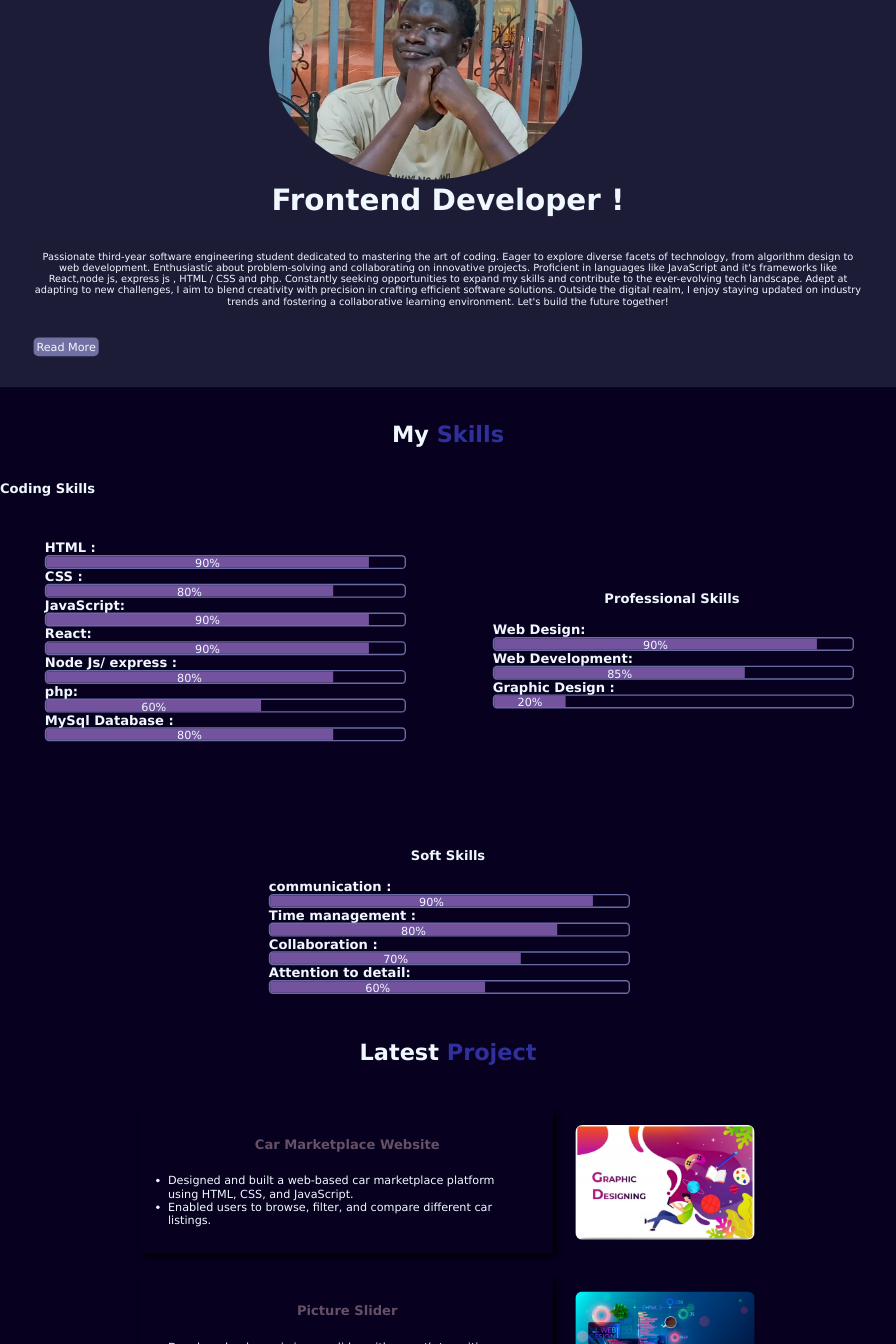
Repository: shrewd-baddest/portfolio
Page: myportfolio-main/index.html
The author's editor kept a copy of each file at every save. The page is drawn from the files as they stood at one save, then again after a run of saves.
The browser window is 1280 px wide. The pictures show the part of the page from y = 790 to 2710 px (the page is 3805 px tall), at 70% of full size.
Some web libraries are served in a nearby version.

Above is the page before, as saved 2025-06-24 08:14:39.

### myportfolio-main/index.html
<!DOCTYPE html>
<html lang="en">

<head>
    <meta charset="UTF-8">
    <meta http-equiv="X-UA-Compatible" content="IE=edge">
    <meta name="viewport" content="width=device-width, initial-scale=1.0">


    <title>PAUL ONSONGO - Software Engineer Portfolio</title>
  <link rel="stylesheet" href="/sting.css">

    <link rel="icon" href="img/Picsart_24-01-07_04-34-43-464.jpg">

</head>

<body>
    <!-- header design -->
    <header class="header">
        <a href="#" class="logo " >PAUL</a>
        <div id="menu_icon" class='menu_icon'>
            <img src="\myportfolio-main\img\menu.webp" alt="">
        </div>
        <nav class="navbar" id='navbar'>
            <a href="# " class="active">Home</a>
            <a href="#about">About</a>
            <a href="#skills">Skills</a>
            <a href="#portfolio">My Project</a>
            <a href="#contact">Contact</a>

         </nav>
    </header>

    <!-- home design -->
    <section class="home " id="home">
        <div class="home-content">
             <h1 class="names">Hallo, I'm <span>onsongo</span></h1>
            <div class="text-animate">
                <h3>And I'm a</h3>
                <h3><samp class="multiple-text"></samp></h3>
            </div>
            <p class="multiple-text">
                Aspiring software engineer, passionate about coding and problem-solving. Committed to learning,
                adapting, and contributing to innovative tech solutions.
            </p>
        </div>
            <div class="btn-box">
                <a href="#"  >requesting for a job opportunity</a>
            </div>

        <div class="home_sci">

            <a href="https://wa.me/0798233766" class='box-whatsapp' id="social"> <img src="\myportfolio-main\img\wozapu.png" alt=""></a>
            <a href="https://github.com/shrewd-baddest" class=' box-github' id="social"> <img src="\myportfolio-main\img\git1.png" alt=""></a>
             <a href="https://www.linkedin.com/in/paul onsongo" class=' box-linkedin' id="social"><img src="\myportfolio-main\img\linkedin.png" alt=""></a>

        </div>
    </section>

    <!-- about  -->
    <section class="about" id="about">
        <h2 class="heading">About <span>Me</span></h2>
  <div>

      <img src="\myportfolio-main\img\shrewd.jpg" alt="" id="shrewd">
  </div>

        <div class="about-content">
            <h3 class="cont-head">Frontend Developer !</h3>
            <p class="cont-par">Passionate third-year software engineering student dedicated to mastering the art of coding. Eager to
                explore diverse facets of technology, from algorithm design to web development. Enthusiastic about
                problem-solving and collaborating on innovative projects. Proficient in languages like JavaScript and it's frameworks like React,node js, express js ,   HTML /
                CSS and php. Constantly seeking opportunities to expand my skills and contribute to the ever-evolving tech
                landscape. Adept at adapting to new challenges, I aim to blend creativity with precision in crafting
                efficient software solutions. Outside the digital realm, I enjoy staying updated on industry trends and
                fostering a collaborative learning environment. Let's build the future together!</p>
        </div>

            <a href="#" class="btn">Read More</a>

    </section>

    <!-- Skills -->
    <section class="skills" id="skills">
        <h2 class="heading">My <span>Skills</span></h2>

                <h3 class="title">Coding Skills</h3>
                 <div class="grp">


                    <div class="skills-column">
                        <div class="progress">
                            <h3> HTML :</h3>
                            <div class="bar "><div class="ht ">90%</div></div>
                        </div>
                        <div class="progress">
                            <h3><i class='box-css3'></i>CSS :</h3>
                            <div class="bar"><div class="css">80%</div></div>
                        </div>
                        <div class="progress">
                            <h3><i class='bx box-javascript'></i>JavaScript:</h3>
                            <div class="bar"><div class="js">90%</div></div>
                        </div>
                      <div class="progress">
                            <h3><i class='bx box-javascript'></i>React:</h3>
                            <div class="bar"><div class="js">90%</div></div>
                        </div>
                        <div class="progress">
                            <h3><i class='box-css3'></i>Node Js/ express :</h3>
                            <div class="bar"><div class="css">80%</div></div>
                        </div>

                        <div class="progress">
                              <h3><i class='bx box-php'></i>php:</h3>
                            <div class="bar"><div class="php">60%</div></div>

                </div>
                <div class="progress">
                            <h3><i class='box-css3'></i>MySql Database :</h3>
                            <div class="bar"><div class="css">80%</div></div>
                        </div>
            </div>
            <div class="skills-column">
                <h3 class="title">Professional Skills</h3>

                        <div class="progress">
                            <h3>Web Design:</h3>
                            <div class="bar"><div class="WG">90%</div></div>
                        </div>
                        <div class="progress">
                            <h3>Web Development:</h3>
                            <div class="bar"><div class="WD">85%</div></div>
                        </div>
                        <div class="progress">
                            <h3>Graphic Design :</h3>
                            <div class="bar"><div class="GD">20%</div></div>
                        </div>

                    </div>

            <div class="skills-column">
                <h3 class="title">Soft Skills</h3>
                <div class="skills-box">
                    <div class="skills-content">
                        <div class="progress">
                            <h3>communication :</h3>
                            <div class="bar"><div class="CO">90%</div></div>
                        </div>
                        <div class="progress">
                            <h3>Time management :</h3>
                            <div class="bar"><div class="TM">80%</div></div>
                        </div>
                        <div class="progress">
                            <h3>Collaboration :</h3>
                            <div class="bar"><div class="CB">70%</div></div>
                        </div>
                        <div class="progress">
                            <h3>Attention to detail:</h3>
                            <div class="bar"><div class="AT">60%</div></div>
                        </div>
                    </div>
                </div>
            </div>
        </div>

        </div>

    </section>

    <!-- portfolio -->
    <section class="portfolio" id="portfolio">
        <h2 class="heading">Latest <span>Project</span></h2>
        <div class="portfolio-container">
            <div class="portfolio-box">
                <div class="portfolio-layer">
                 <a href=""> <h3>Car Marketplace Website</h3> </a>
                  <ul>
                    <li>Designed and built a web-based car marketplace platform using HTML, CSS, and JavaScript.</li>
                    <li>Enabled users to browse, filter, and compare different car listings.</li>
                  </ul>



                 </div>
                <img src="img/grp.jpg" class="imag">
            </div>
            <div class="portfolio-box">
                <div class="portfolio-layer">
                   <a href=""> <h3>Picture Slider</h3></a>
                    <ul>
                        <li>Developed a dynamic image slider with smooth transitions using JavaScript and CSS.</li>
                        <li>Added navigation controls for improved user interaction.</li>
                    </ul>


                    <a href="#"><i class='bx bx-link-external'></i></a>
                </div>
                <img src="img/dhls5o34.png" class="imag">
           </div>

            <div class="portfolio-box">
                <div class="portfolio-layer">
                <a href=""><h3>Aeroplane repairs and lenting website </h3></a>
             <ul>
      <li>The site allows the client to view the spares we have in our stores,access pilots qualification and also lent a chopper</li>
      <li> also gives a client an over view of mechanic services</li>
             </ul>
                <a href="#"><i class='bx bx-link-external'></i></a>
            </div>
                <img src="img/dhls5o34.png" class="imag">

            </div>
                     <div class="portfolio-box">
                <div class="portfolio-layer">
                   <a href=""> <h3>YogoBlast Ecomerce website</h3></a>
                    <ul>
                        <li>This is my latest project that i developed a fullStack dynamic website.</li>
                       <li>the front end is built with react the backends are two one is built with php the other with node Js/express </li>

                    </ul>


                    <a href="#"><i class='bx bx-link-external'></i></a>
                </div>
                <img src="img/dhls5o34.png" class="imag">
           </div>
        </div>
    </section>

    <!-- Contact -->
    <section class="contact" id="contact">
        <h2 class="heading">Contact <span>Me!</span></h2>
        <form action="#">
            <div class="input-box">
                <div class="input-field">
                    <input id="name" type="text" placeholder="Full Name" required>
                </div>
                <div class="input-field">
                    <input id="email" type="email" placeholder="Email" required>
                </div>
            </div>
            <div class="input-box">
                <div class="input-field">
                    <input id="mobile" type="tel" placeholder="Mobile Number" required>
                </div>
                <div class="input-field">
                    <input id="emails" type="text" placeholder="Email Subject" required>
                </div>
            </div>
            <div class="textarea-field">
                <textarea id="massage" cols="30" rows="10" placeholder="Your Massage" required></textarea>

                <input type="submit" id="sub">
            </div>

        </form>
    </section>
    <!-- /Contact -->

    <footer class="footer">
        <div class="footer-text">
            <p>Copyright &copy; 2025 by onsongo | All Rights Reserved</p>
        </div>
        <div class="footer-iconTop">
            <a href="#"><i class='bx bx-upvote'></i></a>
        </div>
    </footer>
    <script src="https://cdnjs.cloudflare.com/ajax/libs/gsap/3.12.2/gsap.min.js"></script>
    <script src="https://cdnjs.cloudflare.com/ajax/libs/gsap/3.12.2/ScrollTrigger.min.js"></script>

    <script src="./script.js"></script>
    <script>
        const tl=gsap.timeline()
 tl.from('.names',
 {
       x:-100,
opacity:0,
duration:2,
}).from('.text-animate',{
x:-100,
opacity:0,
duration:2,
}).from('.multiple-text',{
    fontSize:'0.2',
    duration:3,
    ease:Power2.inOut,
}).from('#social',{
    y:-100,
opacity:0,
ease:'bounce',
    stagger:{
       amount:1.5,
        grid:'auto',
        axis:'y',
        from:'end',
    }
})
gsap.timeline({scrollTrigger: {
    trigger: '#shrewd',
    start: 'top 90%',
    end: 'bottom 70%',

  }}).from('#shrewd',{
    y:200,
    duration:1,
    opacity:0,


 }).from('.cont-head',{
    fontSize:'0.2',
    duration:1,
    ease:Power2.in,

}).from('.cont-par',{
    fontSize:'0.2',
    duration:3,
    ease:Power2.inOut,

})


gsap.timeline({
  scrollTrigger: {
    trigger: '.portfolio',
    start: 'top 90%',
    end: 'bottom 70%',
    toggleActions: 'play none none none'
  }
})
.from(".portfolio-layer", {
  x: -200,
  opacity: 0,
      duration:1,
  stagger: {
    amount:1.5,
    each: 1,
  }
}).from(".imag",{
     delay:0.4,
    opacity:0,
    duration:0.5,
    y:-40,
    ease:"bounce",

})


    </script>
</body>

</html>

### sting.css
*{
    margin: 0%;
    font-family: Verdana, Geneva, Tahoma, sans-serif;
    color: aliceblue;
    margin: 0;
    padding: 0;
     text-decoration: none;
    scroll-behavior: smooth;
 }
body{
    background-color: #07011f;
     position: relative;
     overflow-x: hidden;
}
.header{
    display:flex;
    flex-direction: row;
    flex-wrap: nowrap;
    position: sticky;
    top: 0%;
    background-color: black;
    z-index: 1000;
}
.logo{
    margin: 2rem;
    color: rgb(194, 154, 233);
    font-size: 1.5rem;
    font-weight: bolder;
    text-decoration: none;
}
.navbar{
    display: grid;
    grid-template-columns:   auto auto auto auto auto;
    position: absolute;
right: 9%;
margin-top : 2rem;
z-index: 999;

/* flex-wrap: nowrap; */

}
.navbar a{
    text-decoration: none;
    /* margin-left:2%; */
    margin-left:1.3rem;
}
.navbar a:active,a:hover {
    color: rgb(24, 74, 117);
}
 #menu_icon img{
  width:5%;
  /* height: 5%; */
  margin-top : 1.5rem;
  position: absolute;
  right: 10px;

}
.menu_icon{
  display: none;
}

.disappear{
  display: none;
}

.cool{

  display: flex;
  justify-content: center;
  align-items: center;
  flex-direction: column;

  background-color: rgb(31, 29, 33);
  list-style-type: none;
  color: rgb(35, 21, 65);
  /* max-height: 60%; */


}

.home_sci{
 display: flex;
 flex-direction: row;
 flex-wrap: nowrap;
 margin: 5rem;
}

.home_sci a img{
  width: 50%;
}

.home-content{
   margin-left: 3rem;
   max-width: 45%;
}
.home-content h1{
font-size: 2rem;
margin-top: 5rem;
margin-bottom: 4rem;
}
.text-animate h3{
    font-size: 1.4rem;
    color: rgb(178, 178, 215);
}
.home>.btn-box {
    border: 0px solid;
    margin: 3rem;
    background-color: rgb(112, 112, 162);
    padding:4px;

    border-radius: 7px;
    max-width: fit-content;
}
.btn-box a{
    text-decoration: none;

}

.about{
  background-color: rgb(29, 28, 54);
  margin-bottom: 3rem;
  padding-bottom: 3rem;

}
.about>.heading{
  font-size: 2rem;
  text-align: center;
}
.about>.heading >span{
  color: blueviolet;
}
.btn{
  border: 0px solid;
  margin: 3rem;
  background-color: rgb(112, 112, 162);
  padding:4px;

  border-radius: 7px;
  max-width: fit-content;
}
 #shrewd{
 margin-left: 30%;
  width: 35%;
  height: fit-content;
  border-radius: 50%;
 }

.about-content {
  text-align: center;
}
.about-content h3 {
  display: inline-block;
  font-size: 2.6rem;
}
.about-content p {
  font-size: 1rem;
  margin:  3rem;
}
.btn-box{
  color: white;
  margin: auto;

   transition-duration: 1s;
}
.btn-box:hover{
  background-color: rgb(29, 28, 54);
  border: 1px solid white;
}
.grp{
  display: flex;
  justify-content: center;
   align-items: center;
  flex-direction: row;
  flex-wrap: wrap;
}
 .bar{
  /* position: relative; */
  /* box-sizing: border-box; */
  height: 1rem;
  border: 2px rgb(106, 107, 163) solid;
  border-radius: 6px;
  width: 100%;

 }
 .skills-column{
  border: 0px blue solid;
  margin: 4rem;
  width:40%;
 }
.ht {
  /* position: absolute; */
  height: 1rem;
  width: 90%;
  text-align: center;
  background-color: rgb(115, 83, 158);
 }
.skills>.heading{
  text-align: center;
  font-size: 2rem;
  margin-bottom: 3rem;
}
.skills>.heading span{
  color: rgb(48, 48, 156);
}
.skills div>.title{
  margin: 1.5rem;
  text-align: center;
}
.css {
  /* position: absolute; */
  height: 1rem;
  width: 80%;
  text-align: center;
  background-color: rgb(115, 83, 158);
 }
 .js{
  /* position: absolute; */
  height: 1rem;
  width: 90%;
  background-color: rgb(115, 83, 158);
  text-align: center;
 }
 .py{
  /* position: absolute; */
  height: 1rem;
  width: 20%;
  background-color: rgb(115, 83, 158);
  text-align: center;
 }
 .WG{
    height: 1rem;
  width: 90%;
  background-color: rgb(115, 83, 158);
  text-align: center;
 }
 .WD{
    height: 1rem;
  width: 70%;
  background-color: rgb(115, 83, 158);
  text-align: center;
 }
 .GD{
    height: 1rem;
  width: 20%;
  background-color: rgb(115, 83, 158);
  text-align: center;
 }
.php{
    height: 1rem;
  width: 60%;
  background-color: rgb(115, 83, 158);
  text-align: center;
}
 .CO{
  height: 1rem;
width: 90%;
background-color: rgb(115, 83, 158);
text-align: center;
}
.TM{
  height: 1rem;
width: 80%;
background-color: rgb(115, 83, 158);
text-align: center;
}
.CB{
  height: 1rem;
width: 70%;
background-color: rgb(115, 83, 158);
text-align: center;
}
.AT{
  height: 1rem;
width: 60%;
background-color: rgb(115, 83, 158);
text-align: center;
}
.portfolio-box{
  display: flex;
  justify-content: center;
  align-items: center;

}
.portfolio-layer{
 max-width: 40%;
  box-shadow: 4px 4px 8px black;
  margin: 1rem;
  padding: 3%;
}
.portfolio-layer h3{
    text-align: center;
    margin-bottom: 2rem;
    color: rgb(101, 80, 101);
  }
  .portfolio-layer a{
    text-decoration: none;
  }

.portfolio-box img{
   width: 20%;
   height: 20%;
  margin: 1rem;
  border-radius: 10px;
}
.portfolio>.heading{
  text-align: center;
  font-size: 2rem;
  margin-bottom: 3rem;
}
.portfolio>.heading span{
  color: rgb(48, 48, 156);
}
/* form{
  display: flex;
  justify-content: center;
  align-items: center;
  flex-direction: row;
  flex-wrap: wrap;
} */
.input-box{
  display: flex;
  justify-content: center;
  align-items: center;

  flex-wrap: wrap;
}

.input-field{
  margin: 4rem;
  margin-bottom: 1rem;
  margin-top: 1rem;

}
.input-field>input{
  width: 150%;
  height: 2rem;
  padding: 3px;
  border-radius: 7px;
  color:black;

}

.contact>.heading{
  text-align: center;
  font-size: 2rem;
  margin-bottom: 3rem;
}
.contact>.heading span{
  color: rgb(48, 48, 156);
}
.textarea-field{
 /* position: absolute; */
display: flex;
justify-content: center;
align-items: center;
flex-direction: column;
  color:black;

  /* background-color: rgb(54, 29, 111); */
}
input[type='submit']{
  color: red;
  padding: 3px;

}
#massage{
  padding: 3px;
  margin:2rem ;
  border-radius: 7px;
}
#sub{
  margin: 1rem;
  border-radius: 7px;

}
#sub:hover{
  cursor: pointer;

}

### myportfolio-main/script.js


const menuicon = document.getElementById("menu_icon");
const navbar = document.getElementById("navbar");
  let parentelem=navbar.closest('.header')


   let isElementCreated = false;
     window.addEventListener("resize",()=>{

         const screenWidth = window.screen.width; // Total screen width
         const currentWidth = window.innerWidth;
 if(currentWidth<=screenWidth * 0.4 && !isElementCreated) {
         menuicon.classList.remove("menu_icon");
         navbar.style.display= "none";
        menuicon.addEventListener('click',()=>{

 if( navbar.style.display==="none"){
    navbar.style.display= "grid";
    parentelem.classList.remove('header')
    navbar.classList.replace('navbar','cool');

 }
 else{
        navbar.style.display= "none";
 }

})
 isElementCreated =true;
 }
         else if(currentWidth > screenWidth * 0.4 && isElementCreated){
             // results.textContent="screenWidth";
                    //  const element=document.getElementById("dope");

                    navbar.style.display= "grid";
                    menuicon.classList.add("menu_icon");


if(navbar .classList.contains("cool")){
       parentelem.classList.add('header')
 navbar.classList.replace("cool","navbar");
}




isElementCreated = false;

         }})

After the next 2 saves:
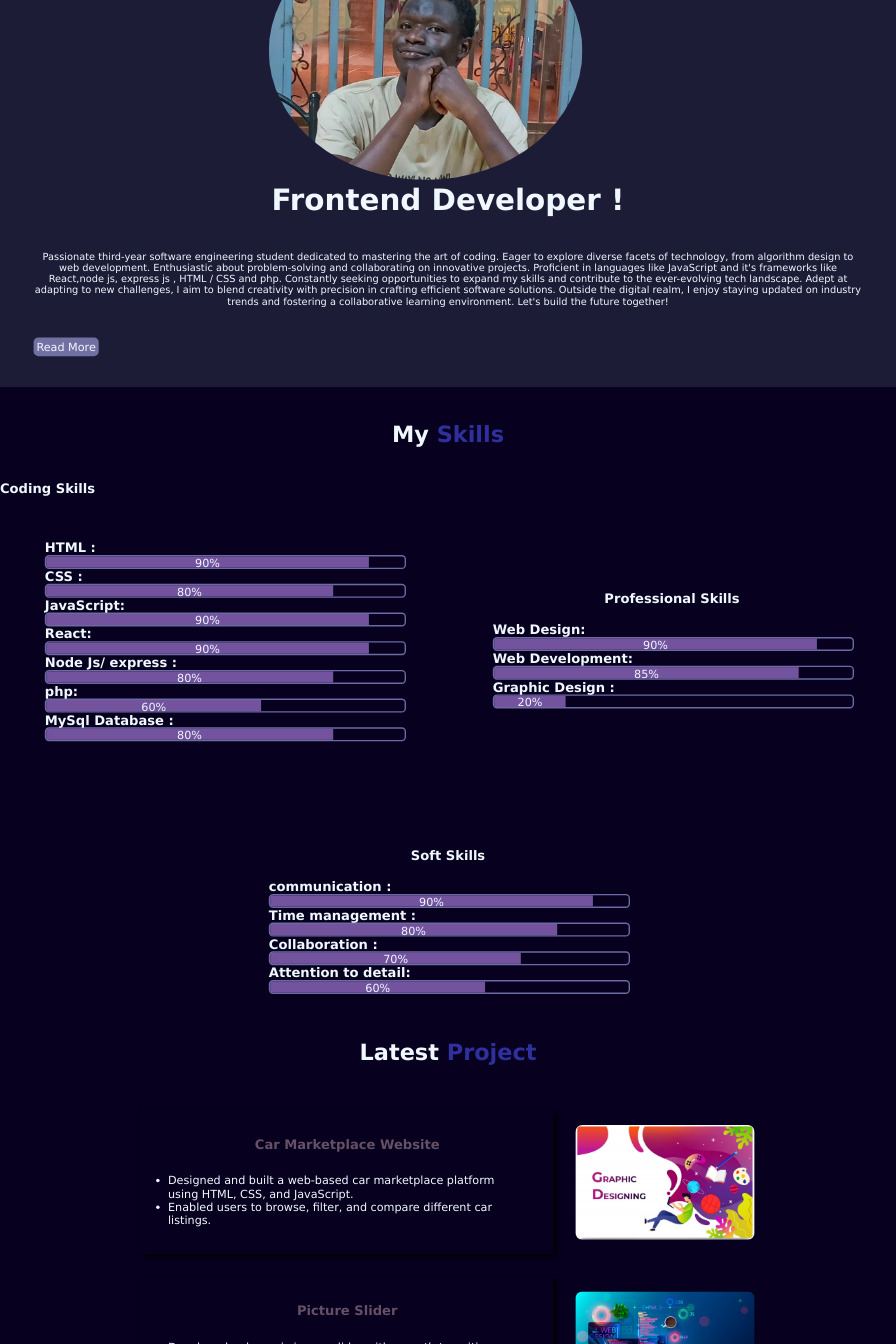
The 2 saves are shown as one change because they came seconds apart.
The last was saved 76 s later.
--- a/sting.css
+++ b/sting.css
@@ -235,7 +235,7 @@ margin-bottom: 4rem;
  }
  .WD{
     height: 1rem;
-  width: 70%;
+  width: 85%;
   background-color: rgb(115, 83, 158);
   text-align: center;
  }
